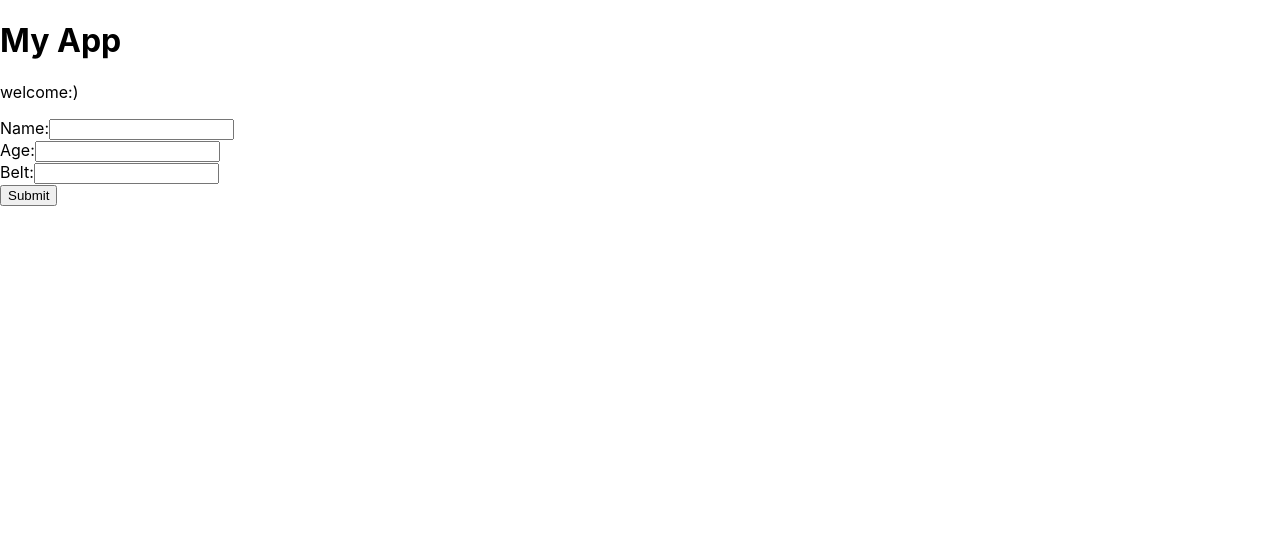
Repository: ejazsidhu/reactJSPrecticeNinja
Page: /
These files come from the project's save history. The page is drawn as it stood at one moment and after the next save; the edit follows.
The browser window is 1280 px wide. The pictures show the whole page.
The project was rebuilt for these pictures with package versions that can differ from the ones it lists, and the page was loaded fresh each time.

Above is the page before, as saved 2020-04-10 19:50:53.

### src/App.js
import React from 'react';
import Ninjas from './ninjas'
import AddNinja from './addNinja';

class App extends React.Component {
  state={
    ninjas:[
      {id:1,name:"Ejaz",age:"29",belt:"Black"},
      {id:2,name:"Asim",age:"27",belt:"Blue"},
      {id:3,name:"Qasim",age:"25",belt:"Green"},
      {id:4,name:"Asima",age:"23",belt:"White"}


    ]
  }
render(){
  return (
    <div className="App">
  <h1>My App</h1>
  <p>welcome:)</p>
<AddNinja/>
  {/* <Ninjas ninjas={this.state.ninjas}/> */}
    </div>
  );
}
}

export default App;

### src/addNinja.js
import React, { Component } from 'react';
class AddNinja extends Component {
    state = {
        name:null,
        age:null,
        belt:null
      }
      handleChange=(e)=>{
          this.setState({
              [e.target.id]:e.target.value
          })
      }

      handleSubmit=(e)=>{
          e.preventDefault();
          console.log(this.state)
      }
    render() {
        return (
            <div className="add-ninjas">
                <form onSubmit={this.handleSubmit}>
                    <label htmlFor="name">Name:</label>
                    <input type="text" id="name" onChange={this.handleChange}/><br/>
                    <label htmlFor="age">Age:</label>
                    <input type="text" id="age" onChange={this.handleChange}/><br/>
                    <label htmlFor="belt">Belt:</label>
                    <input type="text" id="belt" onChange={this.handleChange}/><br/>
                    <button type="submit">Submit</button>
                </form>

            </div>
          );
    }
}

export default AddNinja;

### src/ninjas.js
import React ,{Component} from 'react';

export default class Ninjas extends Component{
    render(){
        // console.time('timer')
        console.log(this.props.ninjas);
        // console.timeEnd('timer')
        const {ninjas}=this.props;
        const ninjasList=ninjas.map(ninja=>{
            return (
            <div className="Ninjas" key={ninja.id}>

                <div>Name: {ninja.name}</div>
                <div>Age: {ninja.age}</div>
                <div>Belt:  {ninja.belt}</div>
                <hr/>
                </div>
            )
        })
        return (
            <div className="ninja-list">
                {ninjasList}

            </div>

        )
    }
}

Loaded but not shown: public/index.html (common file); src/index.js (common file); src/index.css (common file); src/serviceWorker.js (common file)

After the next save:
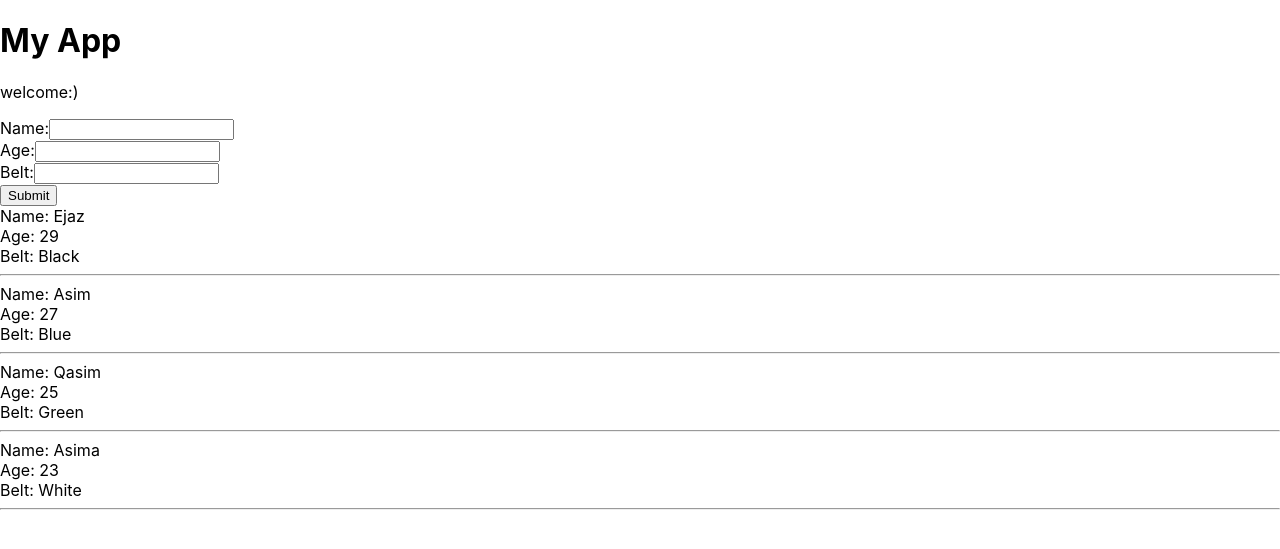
Saved 25 min 17 s later.
--- a/src/App.js
+++ b/src/App.js
@@ -13,13 +13,20 @@ class App extends React.Component {
 
     ]
   }
+  AddNinja=(ninja)=>{
+    ninja.id=Math.random();
+    const ninjas=[...this.state.ninjas,ninja];
+    this.setState({
+      ninjas:ninjas
+    })
+  }
 render(){
   return (
     <div className="App">
   <h1>My App</h1>
   <p>welcome:)</p>
-<AddNinja/>
-  {/* <Ninjas ninjas={this.state.ninjas}/> */}
+<AddNinja AddNinja={this.AddNinja}/>
+  <Ninjas ninjas={this.state.ninjas}/>
     </div>
   );
 }
--- a/src/addNinja.js
+++ b/src/addNinja.js
@@ -13,7 +13,8 @@ class AddNinja extends Component {
 
       handleSubmit=(e)=>{
           e.preventDefault();
-          console.log(this.state)
+        //   console.log(this.state)
+        this.props.AddNinja(this.state)
       }
     render() {
         return (
